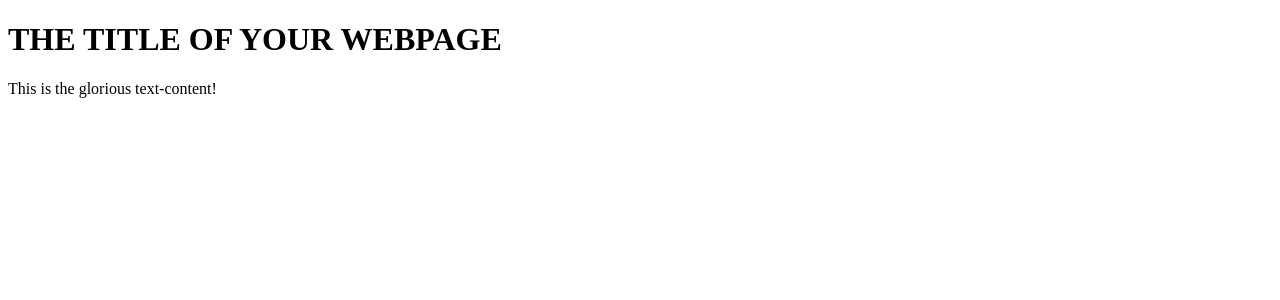
Repository: mnhardy1504/odin-recipes1
Page: repos/js-practice/indextwo.html
An editor plug-in stored every save of this project. The page is shown before and after the next save, followed by the edit.
The browser window is 1280 px wide. The pictures show the whole page.

Above is the page before, as saved 2023-10-14 17:01:11.
Console error: ReferenceError: indextwo is not defined

After the next save:
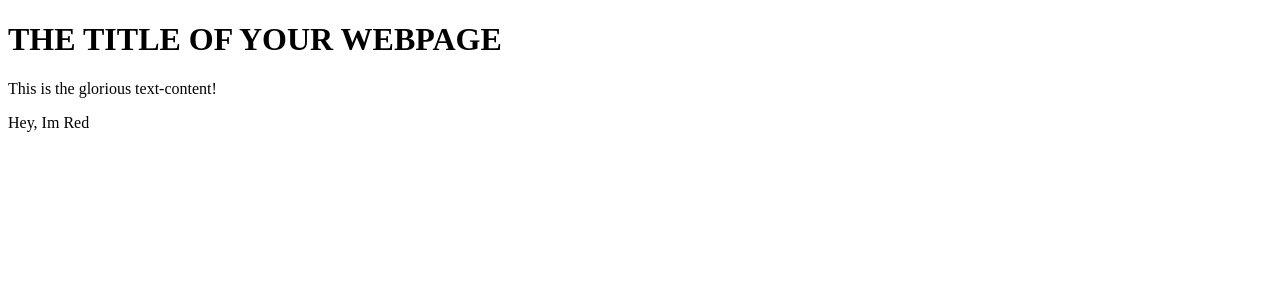
The error is gone.
Saved 96 min 23 s later.
--- a/repos/js-practice/indextwo.js
+++ b/repos/js-practice/indextwo.js
@@ -1,2 +1,7 @@
-const p = indextwo.createElement('p')
-p.style.color = 'red';
+const container = document.querySelector('#container');
+
+const content = document.createElement('p');
+content.classList.add('red-style');
+content.textContent = 'Hey, Im Red';
+
+container.appendChild(content);
